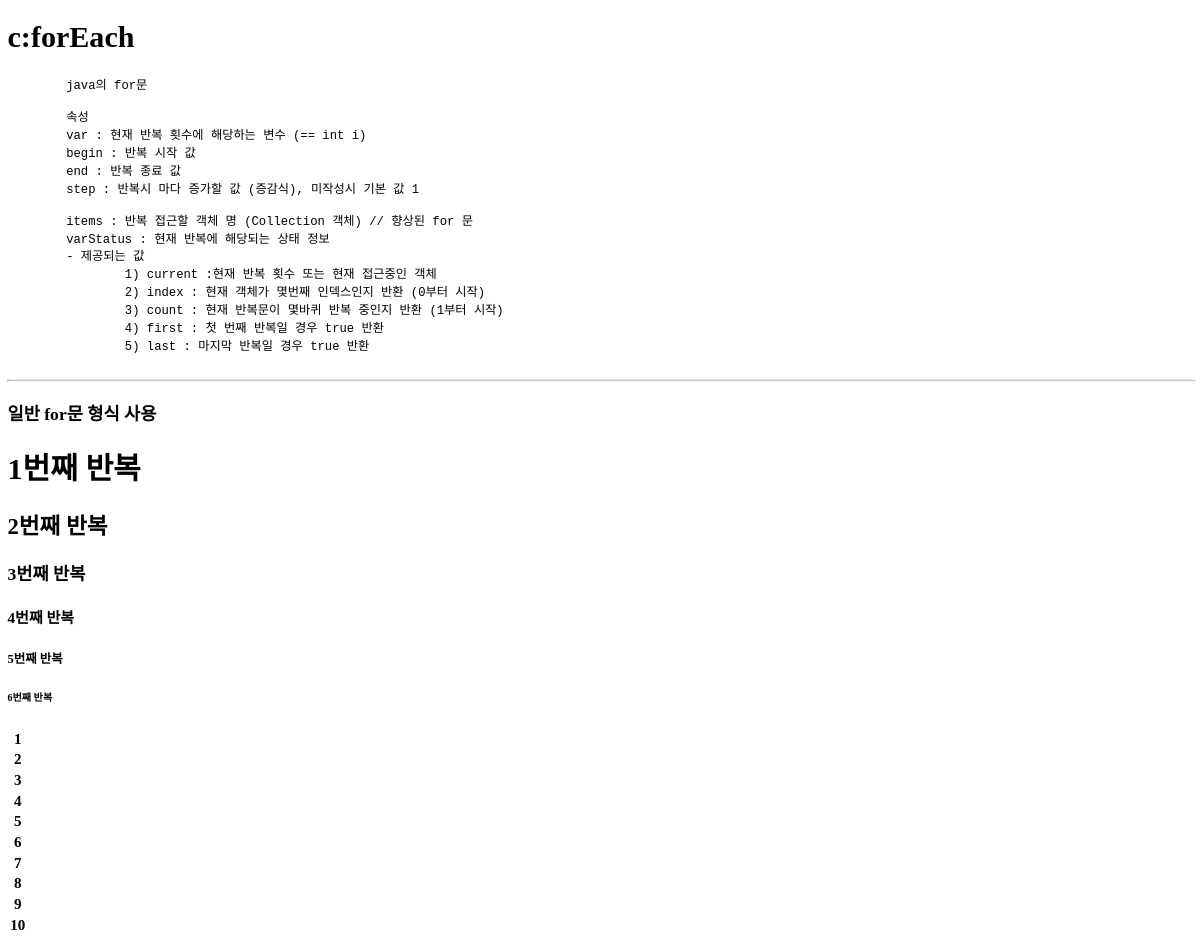
Repository: Seenee-Shin/servlet-jsp
Page: http://localhost/JSPProject/06_JSTL_2.jsp
These files come from the project's save history. The page is drawn as it stood at one moment and after the next save; the edit follows.
The browser window is 1280 px wide. The pictures show the whole page, at 94% of full size.
The page is served by Tomcat 9. Other server files are loaded and not shown.

Above is the page before, as saved 2021-11-30 03:04:18.

### JSPProject/src/main/webapp/06_JSTL_2.jsp
<%@ page language="java" contentType="text/html; charset=UTF-8" pageEncoding="UTF-8"%>
<%@ taglib prefix="c" uri="http://java.sun.com/jsp/jstl/core"%>
<!DOCTYPE html>
<html lang="ko">
<head>
	<meta charset="UTF-8">
	<meta name="viewport" content="width=device-width, initial-scale=1.0">
	<title>06.JSTL - c:forEach</title>
</head>
<body>
	<h1> c:forEach</h1>
	<pre>
	java의 for문

	속성
	var : 현재 반복 횟수에 해당하는 변수 (== int i)
	begin : 반복 시작 값
	end : 반복 종료 값
	step : 반복시 마다 증가할 값 (증감식), 미작성시 기본 값 1

	items : 반복 접근할 객체 명 (Collection 객체) // 향상된 for 문
	varStatus : 현재 반복에 해당되는 상태 정보
	- 제공되는 값
		1) current :현재 반복 횟수 또는 현재 접근중인 객체
		2) index : 현재 객체가 몇번째 인덱스인지 반환 (0부터 시작)
		3) count : 현재 반복문이 몇바퀴 반복 중인지 반환 (1부터 시작)
		4) first : 첫 번째 반복일 경우 true 반환
		5) last : 마지막 반복일 경우 true 반환
	</pre>

	<hr>
	<h3>일반 for문 형식 사용 </h3>
	<c:forEach var="i" begin="1" end="6" >
	<h${i}>${i}번째 반복</h${i}>
	</c:forEach>

	<table>
		<tbody>
			<c:forEach var="i" begin="1" end="10">
				<tr>
					<th>${i}</th>
					<td>
						<a href="#"></a>
					</td>
				</tr>
			</c:forEach>
		</tbody>
	</table>

</body>
</html>

After the next save:
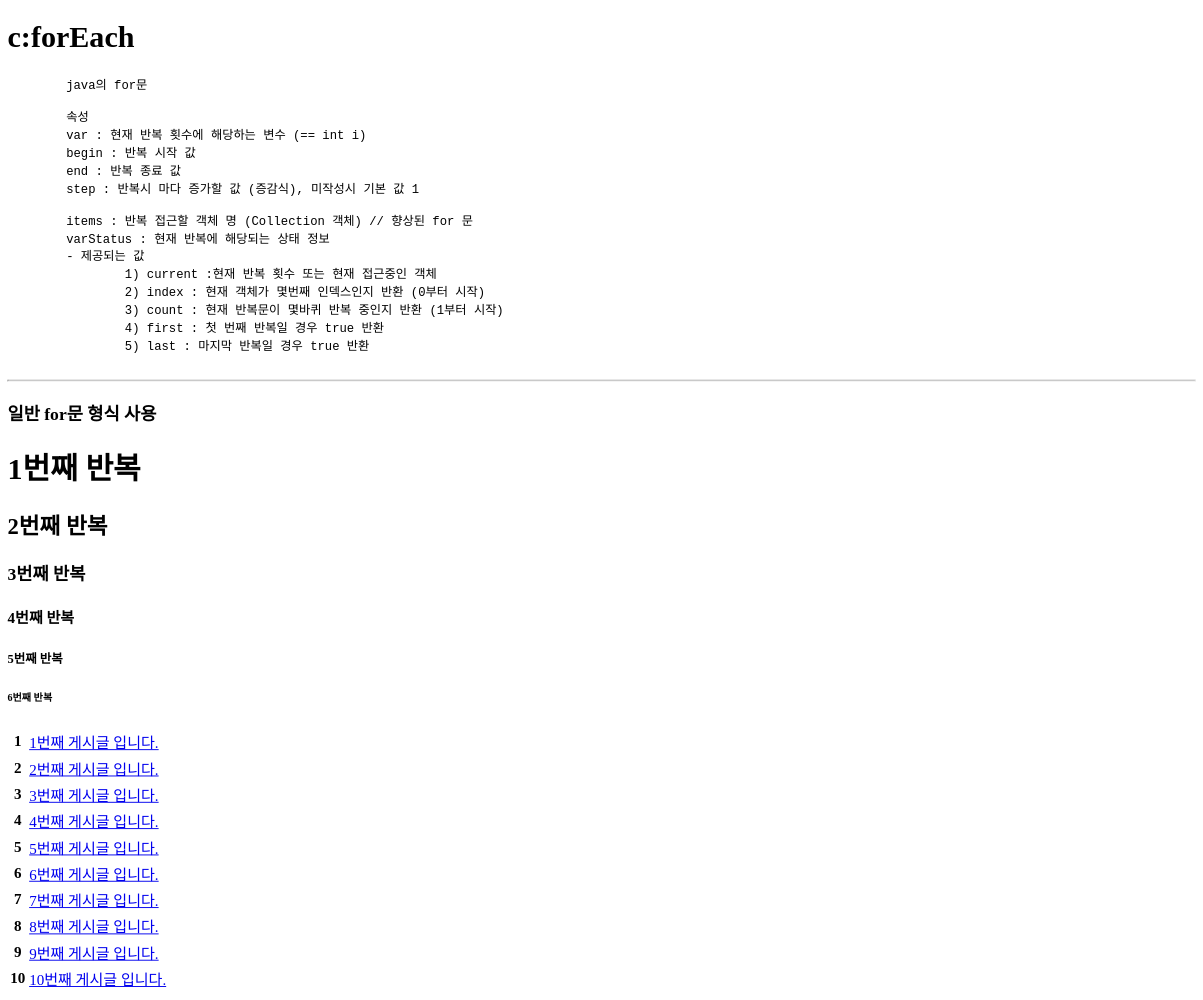
Saved 14 s later.
--- a/JSPProject/src/main/webapp/06_JSTL_2.jsp
+++ b/JSPProject/src/main/webapp/06_JSTL_2.jsp
@@ -40,7 +40,7 @@
 				<tr>
 					<th>${i}</th>
 					<td>
-						<a href="#"></a>
+						<a href="#">${i}번째 게시글 입니다.</a>
 					</td>
 				</tr>
 			</c:forEach>
